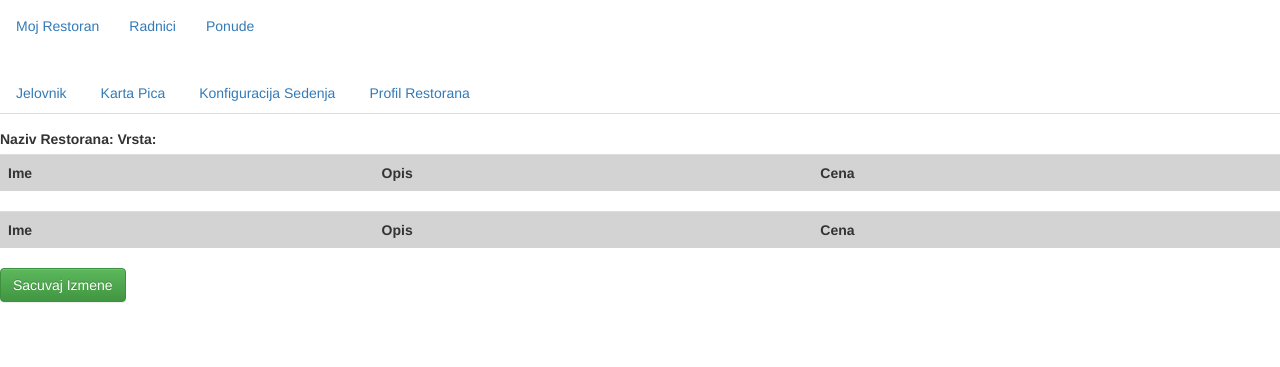
Repository: milanadam94/ISA-2016
Page: jpa-example/src/main/webapp/RestaurantManager/RestaurantManager.html
The author's editor kept a copy of each file at every save. The page is drawn from the files as they stood at one save, then again after the next save.
The browser window is 1280 px wide. The pictures show the whole page.
Some web libraries are served in a nearby version.

Above is the page before, as saved 2017-02-22 21:14:40.
Console error: TypeError: $.cookie is not a function

After the next save:
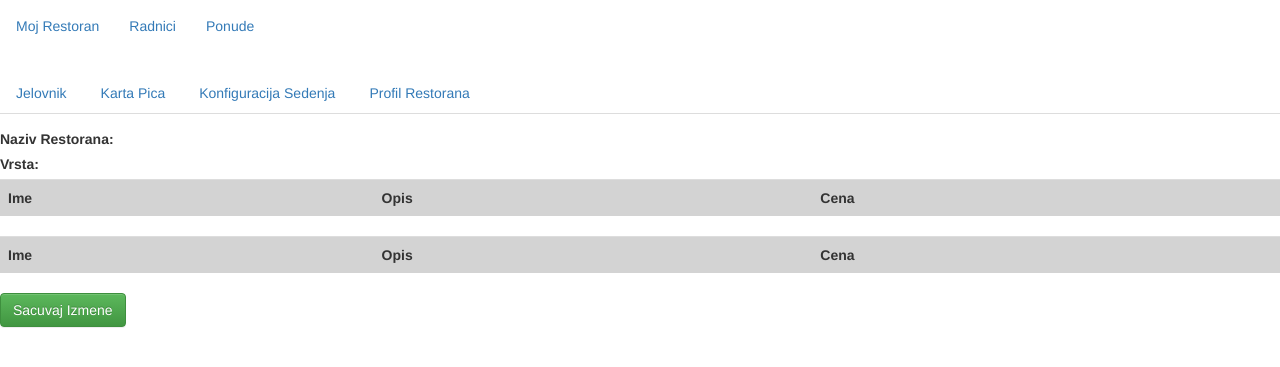
Saved 40 s later.
--- a/jpa-example/src/main/webapp/RestaurantManager/RestaurantManager.html
+++ b/jpa-example/src/main/webapp/RestaurantManager/RestaurantManager.html
@@ -41,7 +41,7 @@
 			</ul>
 		</div>
 		<div id="profilDiv" ng-show="">
-			<label>Naziv Restorana: </label>
+			<label>Naziv Restorana: </label> <br/>
 			<label>Vrsta: </label>
 		</div>
 		<div id="jelovnikDiv" ng-show="">
